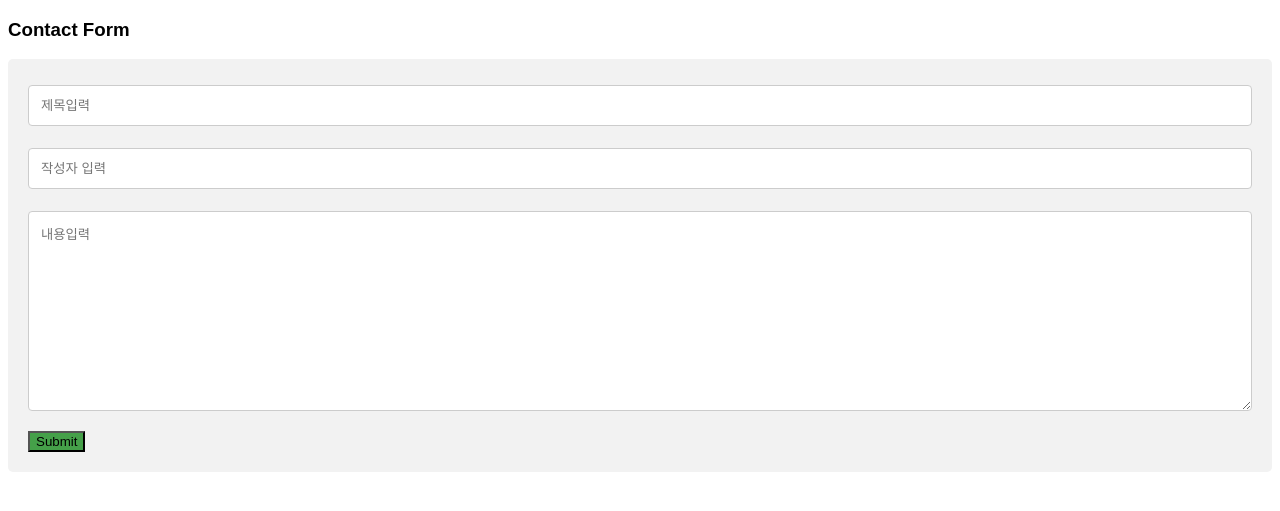
Repository: hyeong-jun-98/SL_front
Page: http://localhost/web0810_1/notice/write.jsp
An editor plug-in stored every save of this project. The page is shown before and after the next save, followed by the edit.
The browser window is 1280 px wide. The pictures show the whole page.
The pointer rests on the first visible `input[type=button]`.
The page is served by Tomcat 9. Other server files are loaded and not shown.

Above is the page before, as saved 2022-08-10 07:41:56.

### web0810_1/src/main/webapp/notice/write.jsp
<%@page contentType="text/html; charset=utf-8" %>
<!DOCTYPE html>
<html>
<head>
<meta name="viewport" content="width=device-width, initial-scale=1">
<style>
body {font-family: Arial, Helvetica, sans-serif;}
* {box-sizing: border-box;}

input[type=text], select, textarea {
  width: 100%;
  padding: 12px;
  border: 1px solid #ccc;
  border-radius: 4px;
  box-sizing: border-box;
  margin-top: 6px;
  margin-bottom: 16px;
  resize: vertical;
}

input[type=submit] {
  background-color: #04AA6D;
  color: white;
  padding: 12px 20px;
  border: none;
  border-radius: 4px;
  cursor: pointer;
}

input[type=button]:hover {
  background-color: #45a049;
}

.container {
  border-radius: 5px;
  background-color: #f2f2f2;
  padding: 20px;
}
</style>
<script>
function regist() {
	form1.action = "/notice/regist";
	form1.method = "post";
	form1.submit();
}


</script>


</head>
<body>

<h3>Contact Form</h3>

<div class="container">
<form name = "form1">
    <input type="text" id="fname" name="firstname" placeholder="제목입력">
    <input type="text" id="lname" name="lastname" placeholder="작성자 입력">
    <textarea id="subject" name="subject" placeholder="내용입력" style="height:200px"></textarea>
    <input type="button" value="Submit" onClick="regist()">
  </form>
</div>

</body>
</html>

After the next save:
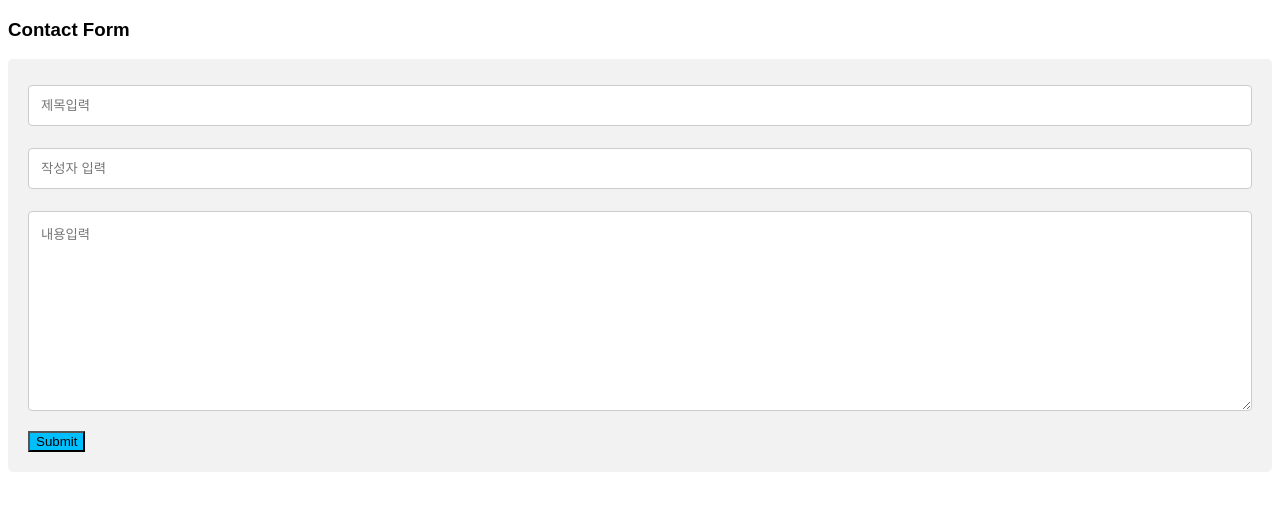
Saved 69 s later.
--- a/web0810_1/src/main/webapp/notice/write.jsp
+++ b/web0810_1/src/main/webapp/notice/write.jsp
@@ -28,7 +28,7 @@ input[type=submit] {
 }
 
 input[type=button]:hover {
-  background-color: #45a049;
+  background-color: #00BFFF;
 }
 
 .container {
